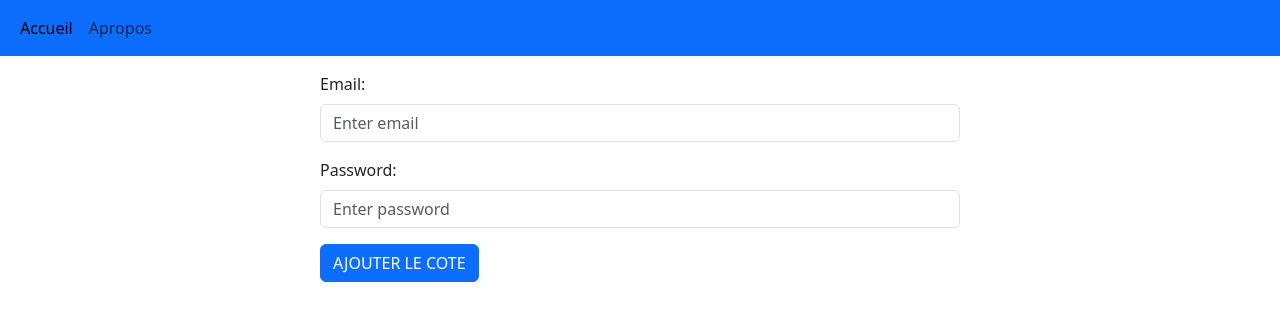
Repository: SKB-TECH/MinProject
Page: IHM/index.html
An editor plug-in stored every save of this project. The page is shown before and after the next save, followed by the edit.
The browser window is 1280 px wide. The pictures show the whole page.
Some web libraries are served in a nearby version.

Above is the page before, as saved 2022-09-29 15:05:20.

### IHM/index.html
<!DOCTYPE html>
<html lang="en">
<head>
    <meta charset="UTF-8">
    <meta http-equiv="X-UA-Compatible" content="IE=edge">
    <meta name="viewport" content="width=device-width, initial-scale=1.0">
    <link rel="stylesheet" href="../node_modules/bootstrap/dist/css/bootstrap.min.css">
    <title>NoteApp</title>
</head>
<body>
        <header>
            <nav class="navbar navbar-expand-sm bg-primary navbar-success">
                <div class="container-fluid">
                  <ul class="navbar-nav">
                    <li class="nav-item">
                      <a class="nav-link active" href="#">Accueil</a>
                    </li>
                   <li class="nav-item">
                      <a class="nav-link" href="#">Apropos</a>
                    </li>
                  </ul>
                </div>
              </nav>
        </header>
        <section>
            <div style="width:50%; margin:auto;">

                <form action="/action_page.php">
                    <div class="mb-3 mt-3">
                      <label for="email" class="form-label">Email:</label>
                      <input type="email" class="form-control" id="email" placeholder="Enter email" name="email">
                    </div>
                    <div class="mb-3">
                      <label for="pwd" class="form-label">Password:</label>
                      <input type="password" class="form-control" id="pwd" placeholder="Enter password" name="pswd">
                    </div>
                    <button type="submit" class="btn btn-primary width:100%">AJOUTER LE COTE</button>
                  </form>
                </div>
        </section>
</body>
</html>

After the next save:
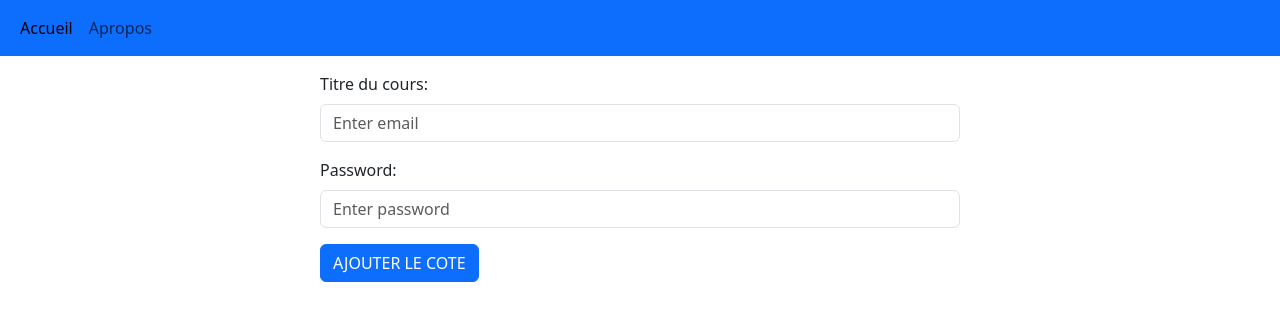
Saved 16 s later.
--- a/IHM/index.html
+++ b/IHM/index.html
@@ -27,7 +27,7 @@
 
                 <form action="/action_page.php">
                     <div class="mb-3 mt-3">
-                      <label for="email" class="form-label">Email:</label>
+                      <label for="email" class="form-label">Titre du cours:</label>
                       <input type="email" class="form-control" id="email" placeholder="Enter email" name="email">
                     </div>
                     <div class="mb-3">
